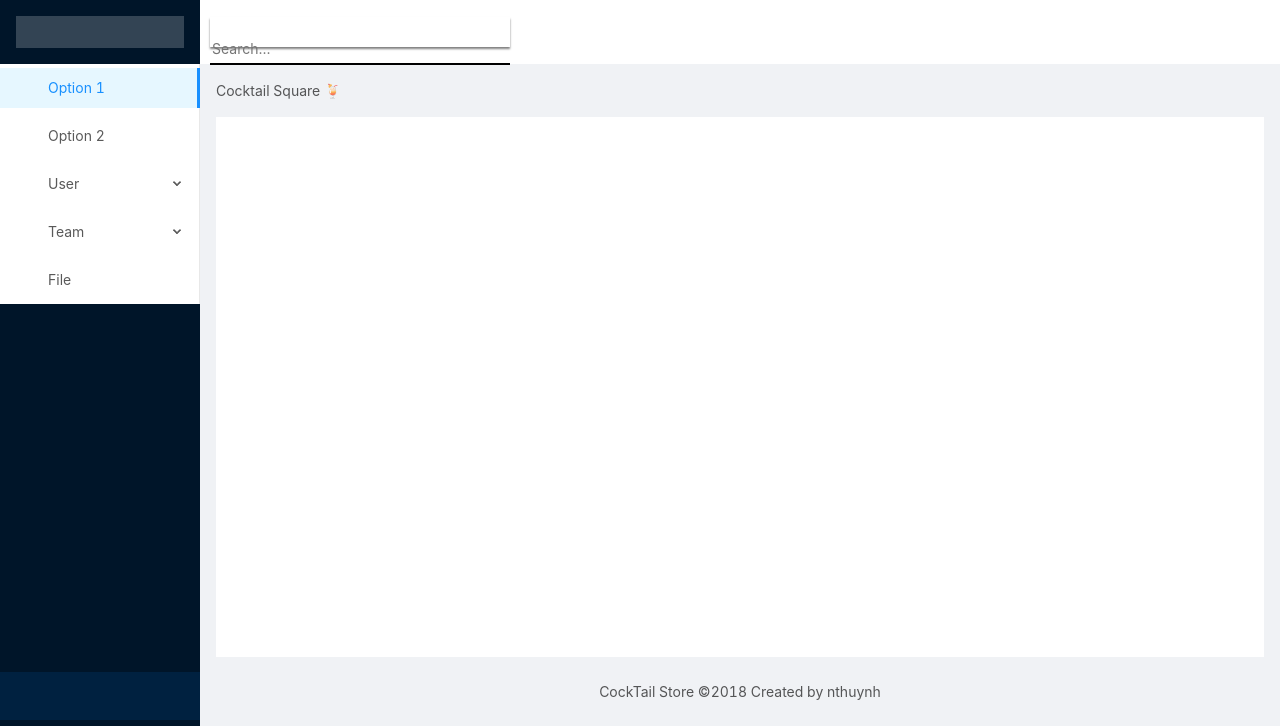
Repository: huynhnt1406/cocktail
Page: /
These files come from the project's save history. The page is drawn as it stood at one moment and after the next save; the edit follows.
The browser window is 1280 px wide. The pictures show the whole page.
The page's requests for data from a server got no answer. The project was rebuilt for these pictures with package versions that can differ from the ones it lists, and the page was loaded fresh each time. No one was signed in, and anything a server would have sent is missing.

Above is the page before, as saved 2021-05-06 00:26:13.

After the next save:
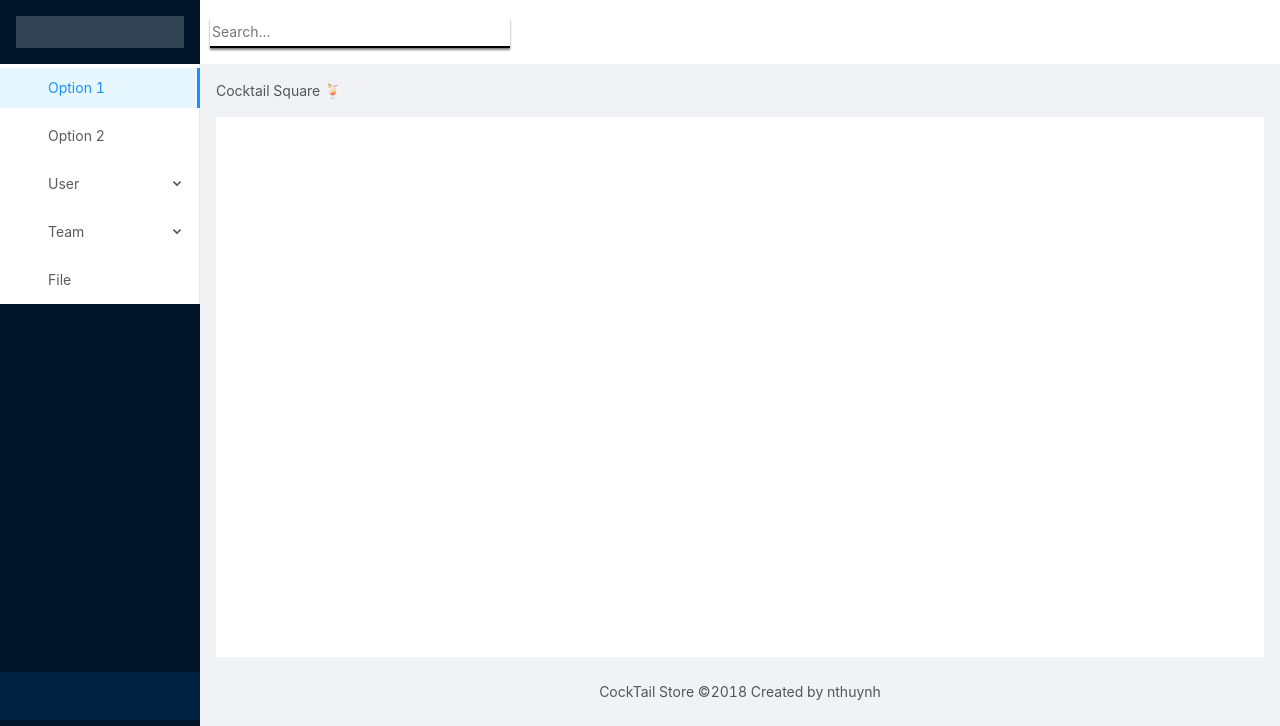
Saved 19 s later.
--- a/src/components/SearchBar.vue
+++ b/src/components/SearchBar.vue
@@ -31,13 +31,9 @@ export default {
     border-right: none;
     border-top:none;
     border-bottom: 2px solid black;
+       box-shadow: 0 2px 2px rgba(0,0,0,.5);
 }
 .search-tool input:focus{
     border-bottom: 2px solid green;
 }
-.search-tool {
-    background-color: white;
-    box-shadow: 0 2px 2px rgba(0,0,0,.5);
-    height: 30px;
-}
 </style>
